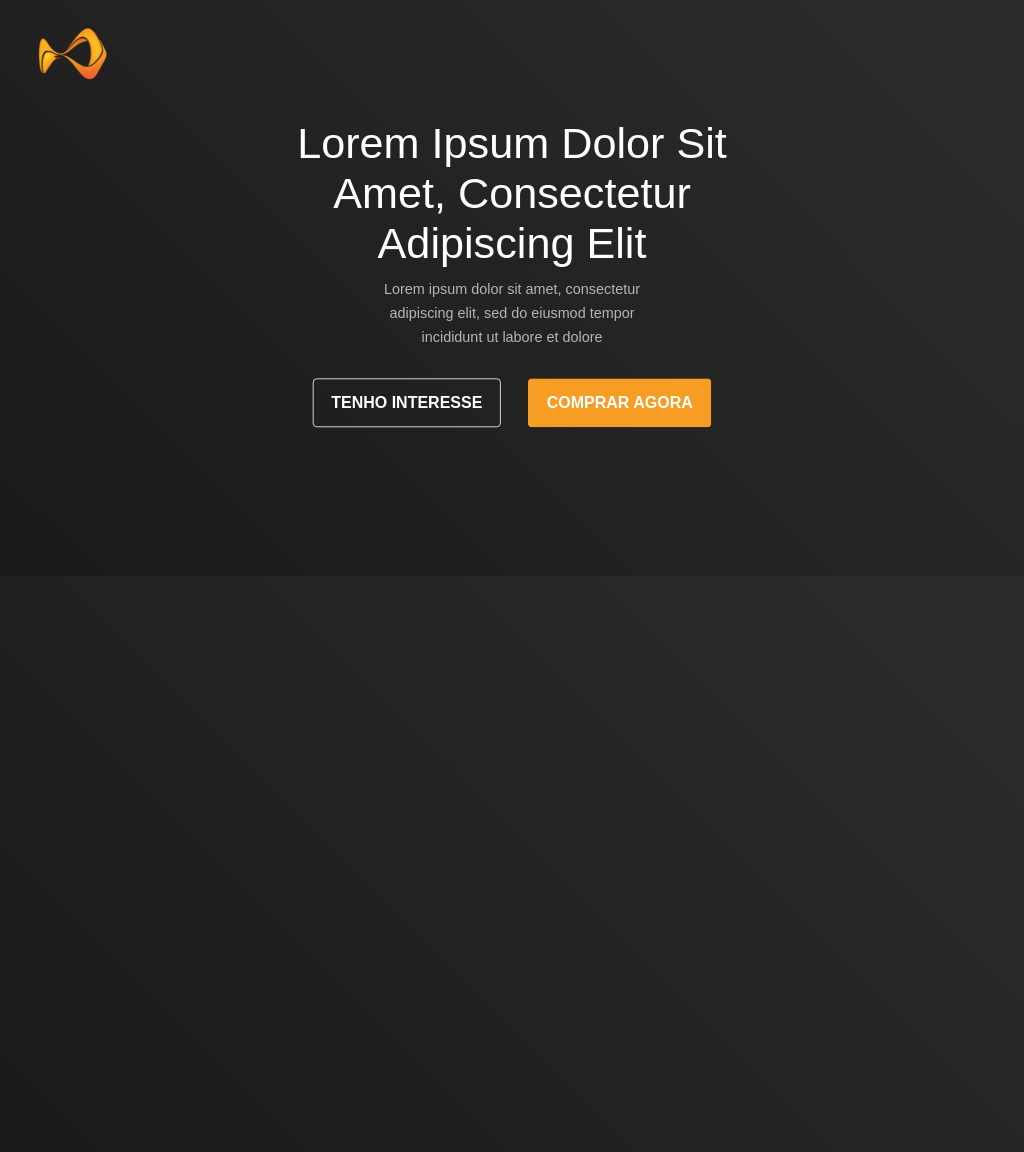
Repository: Rafael-Araujo-dev/Treinamento-Raccoon
Page: Projeto-2/index.html
The author's editor kept a copy of each file at every save. The page is drawn from the files as they stood at one save, then again after a run of saves.
The browser window is 1280 px wide. The pictures show the whole page, at 80% of full size.
Some web fonts or font styles are not loaded; a fallback is used.

Above is the page before, as saved 2021-09-23 07:39:15.

After the next 6 saves:
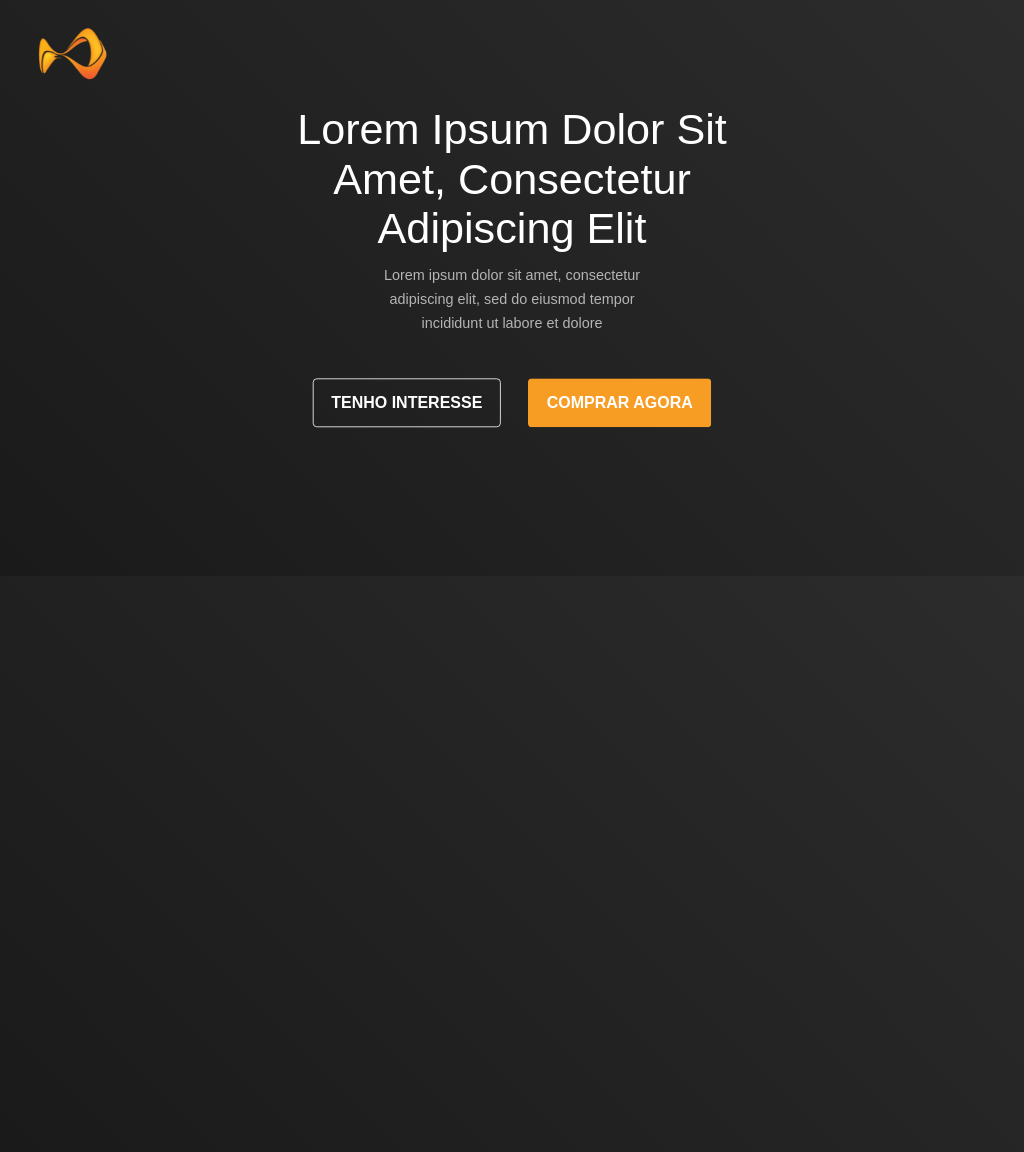
The 6 saves are shown as one change because they came seconds apart.
The last was saved 44 s later.
--- a/Projeto-2/css/style.css
+++ b/Projeto-2/css/style.css
@@ -124,6 +124,7 @@
     font-size: 18px;
     width: 60%;
     margin-top: 1.8vh;
+    margin-bottom: 35px;
     line-height: 30px;
     align-self: center;
 }

After the 3 saves that followed:
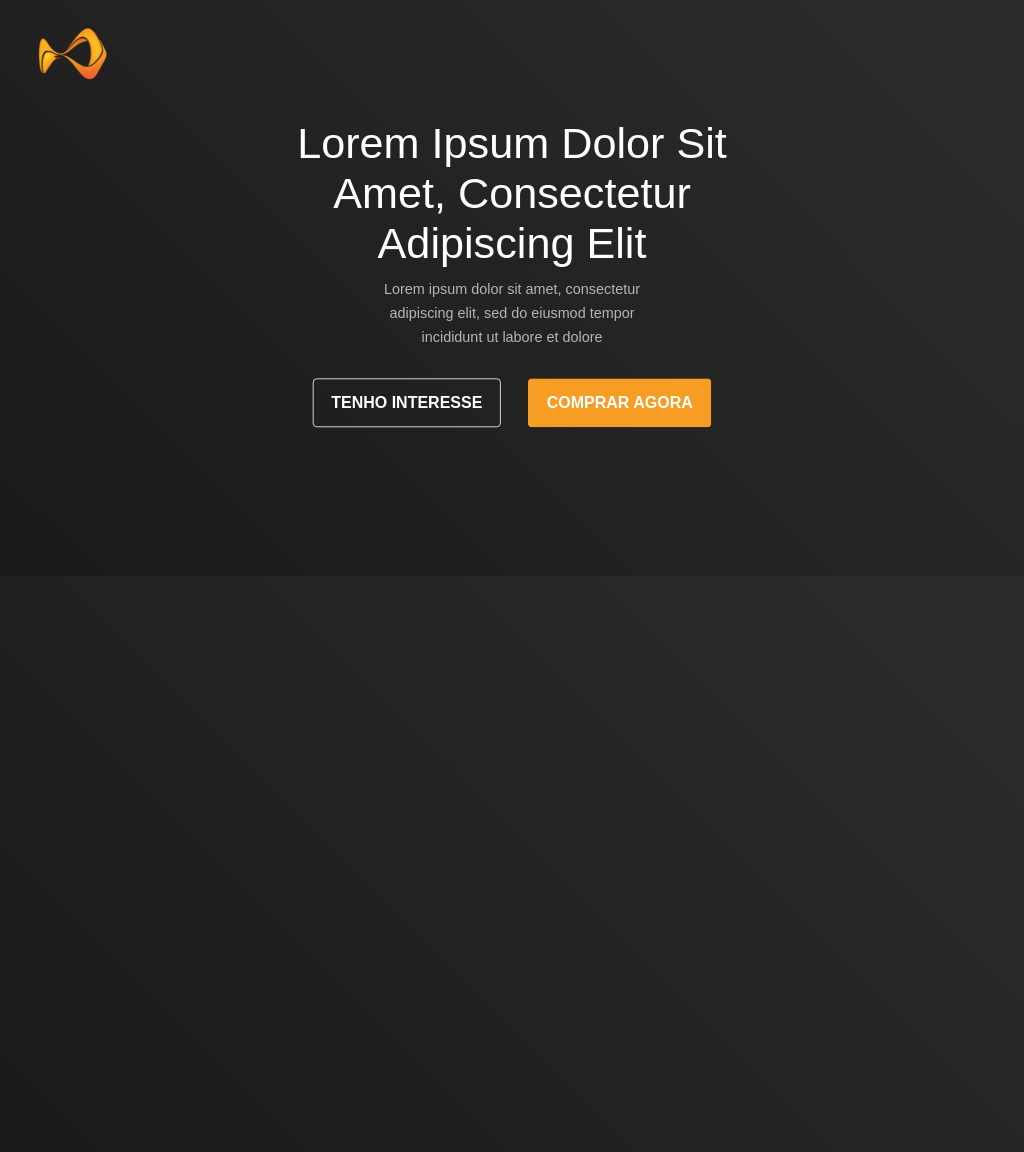
The 3 saves are shown as one change because 1 left the picture as it was and some came seconds apart.
The last was saved 47 s later.
--- a/Projeto-2/css/style.css
+++ b/Projeto-2/css/style.css
@@ -124,7 +124,6 @@
     font-size: 18px;
     width: 60%;
     margin-top: 1.8vh;
-    margin-bottom: 35px;
     line-height: 30px;
     align-self: center;
 }
